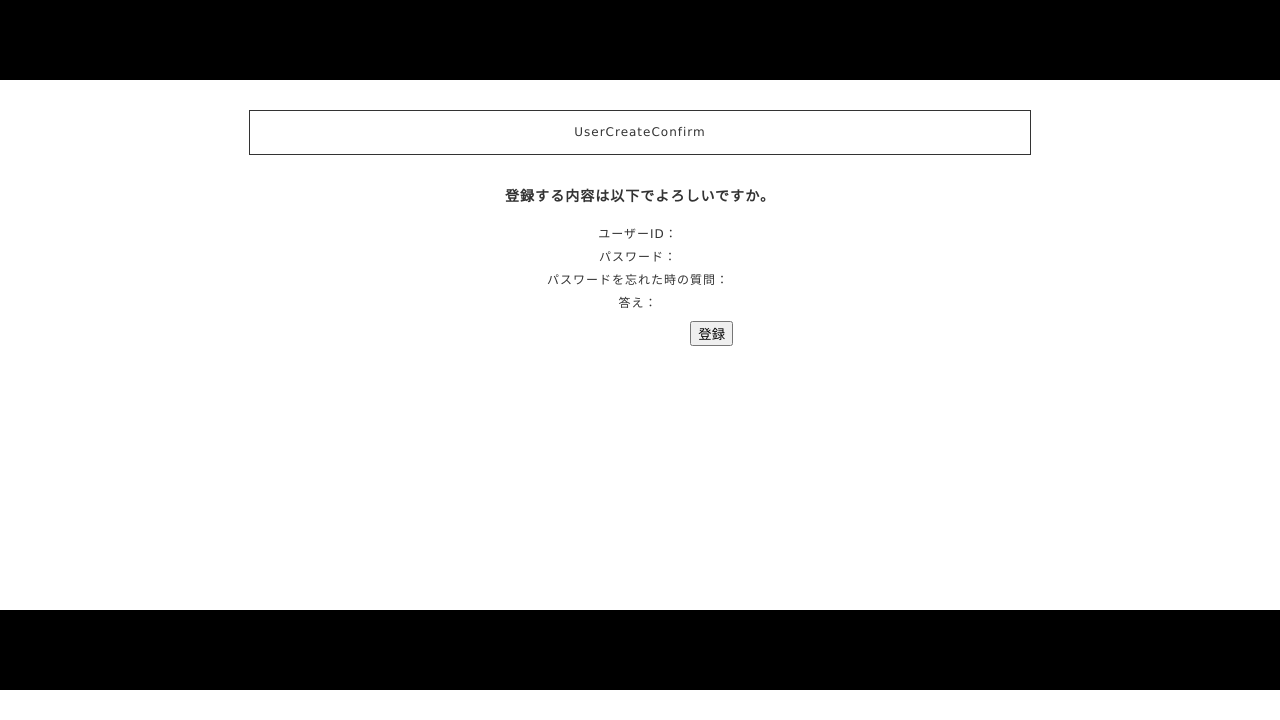
Repository: y321sudo/test2
Page: http://localhost/Yukazon/userCreateConfirm.jsp
These files come from the project's save history. The page is drawn as it stood at one moment and after the next save; the edit follows.
The browser window is 1280 px wide. The pictures show the whole page.
The page is served by Tomcat 9. Other server files are loaded and not shown.

Above is the page before, as saved 2018-02-20 07:20:43.

### Yukazon/WebContent/userCreateConfirm.jsp
<%@ page language="java" contentType="text/html; charset=UTF-8" pageEncoding="UTF-8"%>
<%@ taglib prefix="s" uri="/struts-tags"%>

<!DOCTYPE html>
<html>
<head>
	<meta charset="utf-8">
	<meta http-equiv="Content-Type" content="text/html; charset=utf-8" />
	<meta http-equiv="Content-Style-Type" content="text/css" />
	<meta http-equiv="Content-Script-Type" content="text/javascript" />
	<meta http-equiv="imagetoolbar" content="no" />
	<meta name="description" content="" />
	<meta name="keywords" content="" />
	<meta charset="utf-8">
	<title>新規ユーザー登録確認画面</title>
	<style type="text/css">
		/* ========TAG LAYOUT======== */
		body {
		   margin:0;
		   padding:0;
		   line-height:1.6;
		   letter-spacing:1px;
		   font-family:Verdana, Helvetica, sans-serif;
		   font-size:12px;
		   color:#333;
		   background:#fff;
		}

		table {
			text-align:center;
			margin:0 auto;
		}

		/* ========ID LAYOUT======== */
		#top {
		   width:780px;
		   margin:30px auto;
		   border:1px solid #333;
		}

		#header {
		   width: 100%;
		   height: 80px;
		   background-color: black;
		}

		#main {
		   width: 100%;
		   height: 500px;
		   text-align: center;
		}

		#box {
			border: 1px solid #000000;
		}

		#footer {
			width: 100%;
			height: 80px;
			background-color: black;
			clear:both;
		}
	</style>
</head>
<body>
	<div id="header">
	 	<div id="pr">
		</div>
	</div>
	<div id="main">
		<div id="top">
			<p>UserCreateConfirm</p>
		</div>
		<div>
			<h3>登録する内容は以下でよろしいですか。</h3>
			<table>
				<s:form action="UserCreateCompleteAction">
					<tr id="box">
						<td>
							<label>ユーザーID：</label>
						</td>
						<td>
							<s:property value="loginUserId" escape="false" />
						</td>
					</tr>
					<tr id="box">
						<td>
							<label>パスワード：</label>
						</td>
						<td>
							<s:property value="loginPassword" escape="false" />
						</td>
					</tr>
					<tr id="box">
						<td>
							<label>パスワードを忘れた時の質問：</label>
						</td>
						<td>
							<s:property value="secretQuestion" escape="false" />
						</td>
					</tr>
					<tr id="box">
						<td>
							<label>答え：</label>
						</td>
						<td>
							<s:property value="secretAnswer" escape="false" />
						</td>
					</tr>
					<tr>
						<td>
							<s:submit value="登録" />
						</td>
					</tr>
				</s:form>
			</table>
		</div>
	</div>
	<div id="footer">
	 	<div id="pr">
		</div>
	</div>
</body>
</html>

After the next save:
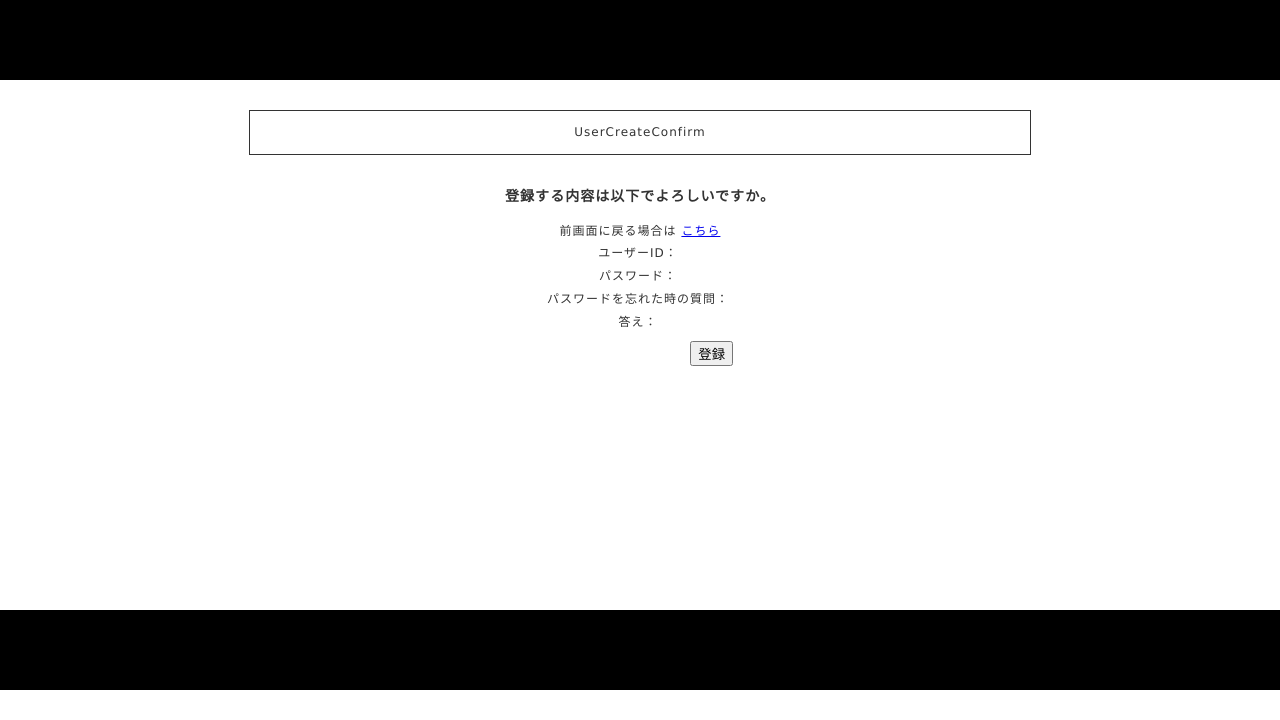
Saved 3 min 54 s later.
--- a/Yukazon/WebContent/userCreateConfirm.jsp
+++ b/Yukazon/WebContent/userCreateConfirm.jsp
@@ -107,6 +107,10 @@
 							<s:property value="secretAnswer" escape="false" />
 						</td>
 					</tr>
+					<div>
+						<span>前画面に戻る場合は</span>
+							<a href='<s:url action="UserCreateAction" />'>こちら</a>
+					</div>
 					<tr>
 						<td>
 							<s:submit value="登録" />
